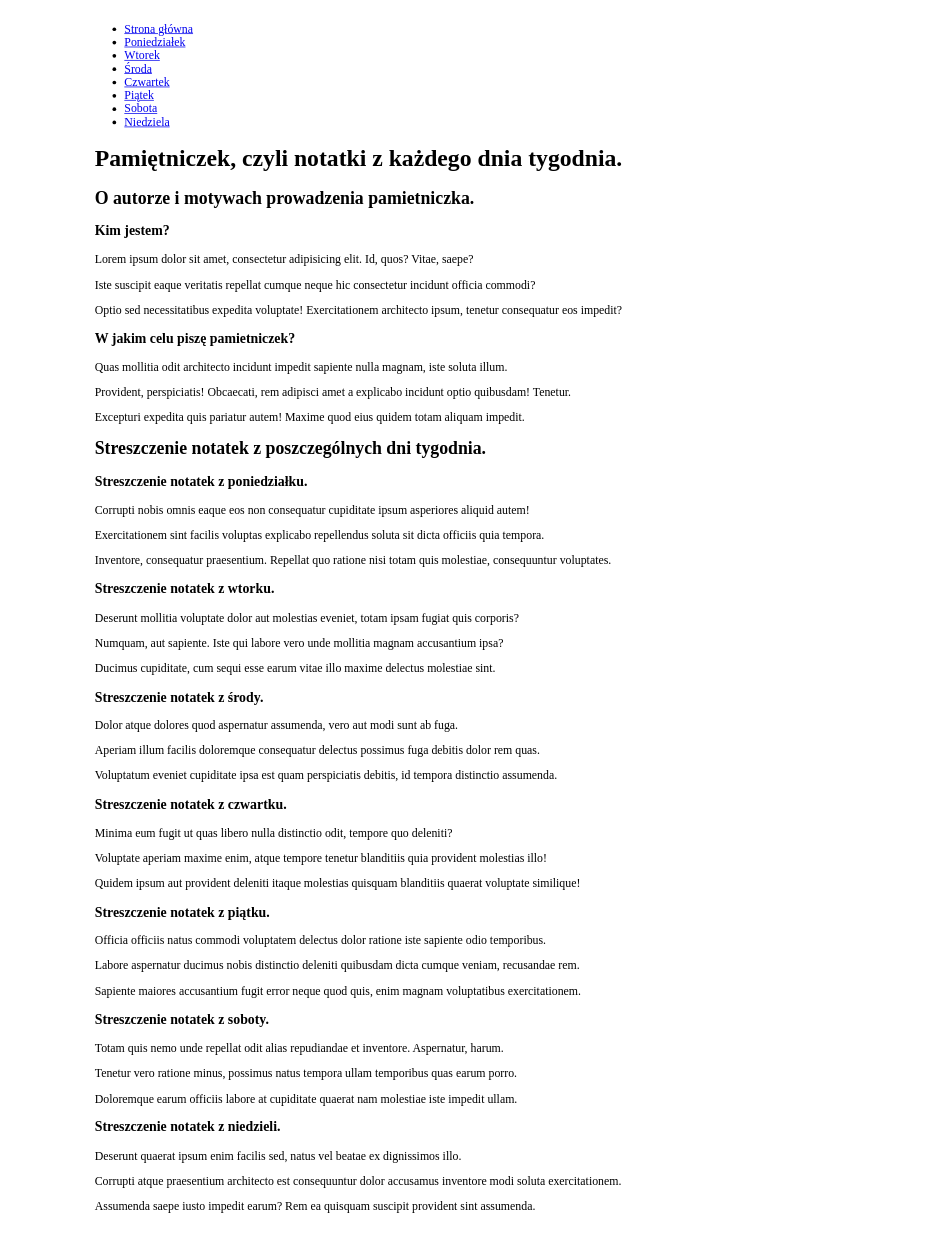
Repository: ArturNatwora/hompage
Page: index.html
The author's editor kept a copy of each file at every save. The page is drawn from the files as they stood at one save, then again after the next save.
The browser window is 1280 px wide. The pictures show the whole page, at 74% of full size.

Above is the page before, as saved 2019-06-11 16:36:03.

After the next save:
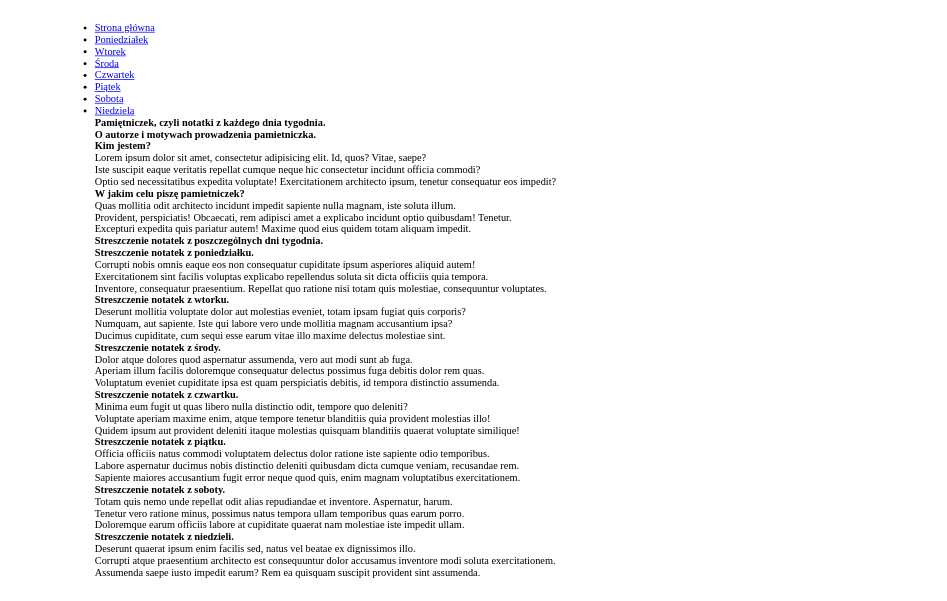
Saved 3 min 36 s later.
--- a/index.css
+++ b/index.css
@@ -1,3 +1,11 @@
+*{
+    margin: 0;
+    padding: 0;
+    box-sizing: border-box;
+    font-size: 14px;
+}
+
+
 body{
     width: 80%;
     margin: 30px auto;

After the save that followed:
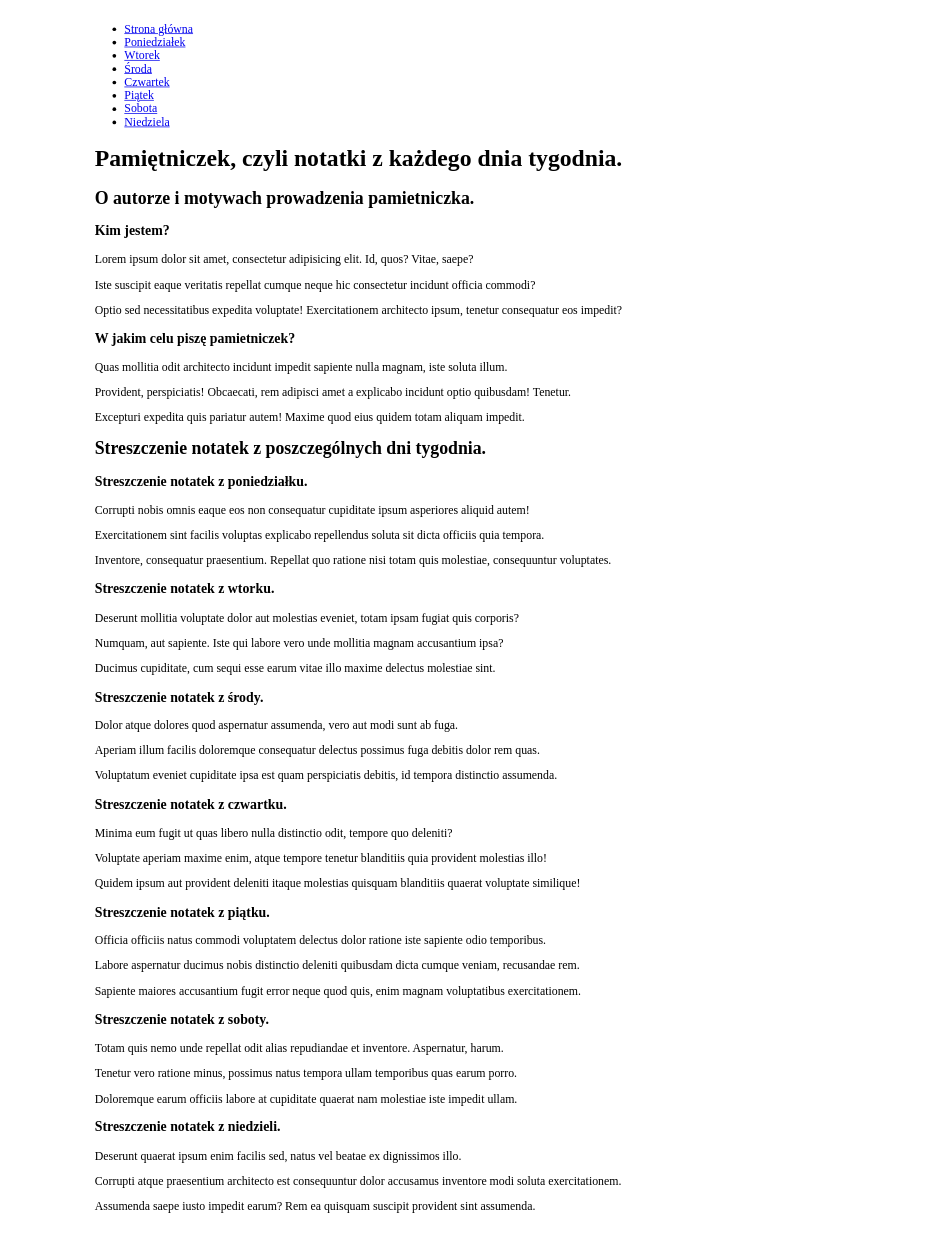
Saved 3 min 47 s later.
--- a/index.css
+++ b/index.css
@@ -1,10 +1,11 @@
+/*
 *{
     margin: 0;
     padding: 0;
     box-sizing: border-box;
     font-size: 14px;
 }
-
+*/
 
 body{
     width: 80%;
